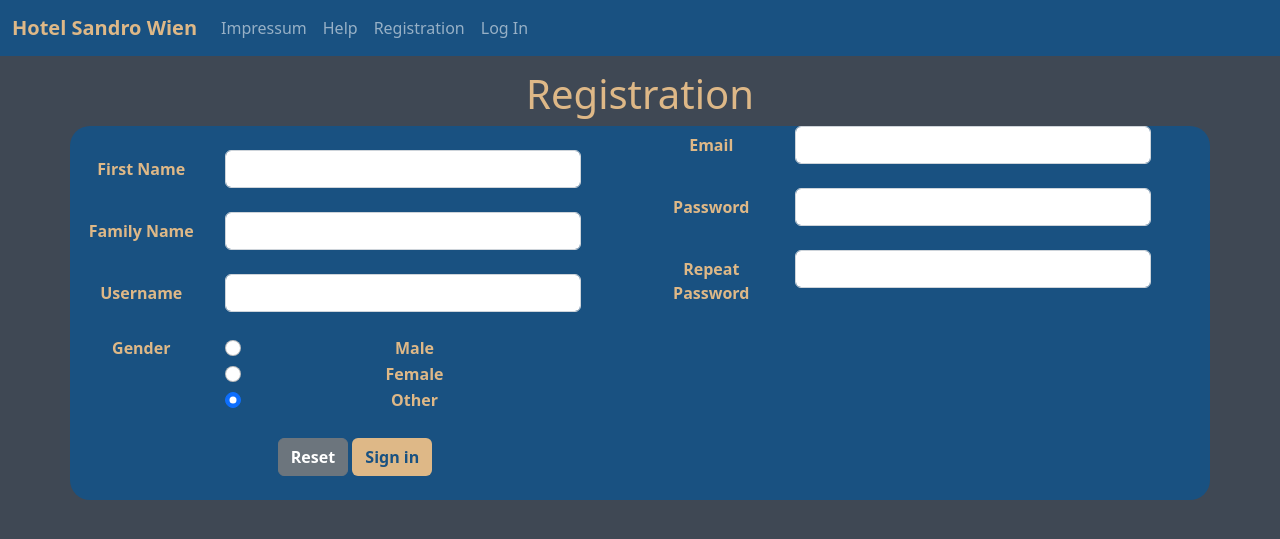
Repository: TIS0N/Hotel_Sandro
Page: http://localhost/pages/registration.php
These files come from the project's save history. The page is drawn as it stood at one moment and after the next save; the edit follows.
The browser window is 1280 px wide. The pictures show the whole page.
The page is run by PHP 8.4 with error messages shown; the project is at /var/www/html/.

Above is the page before, as saved 2022-10-10 17:42:58.

After the next save:
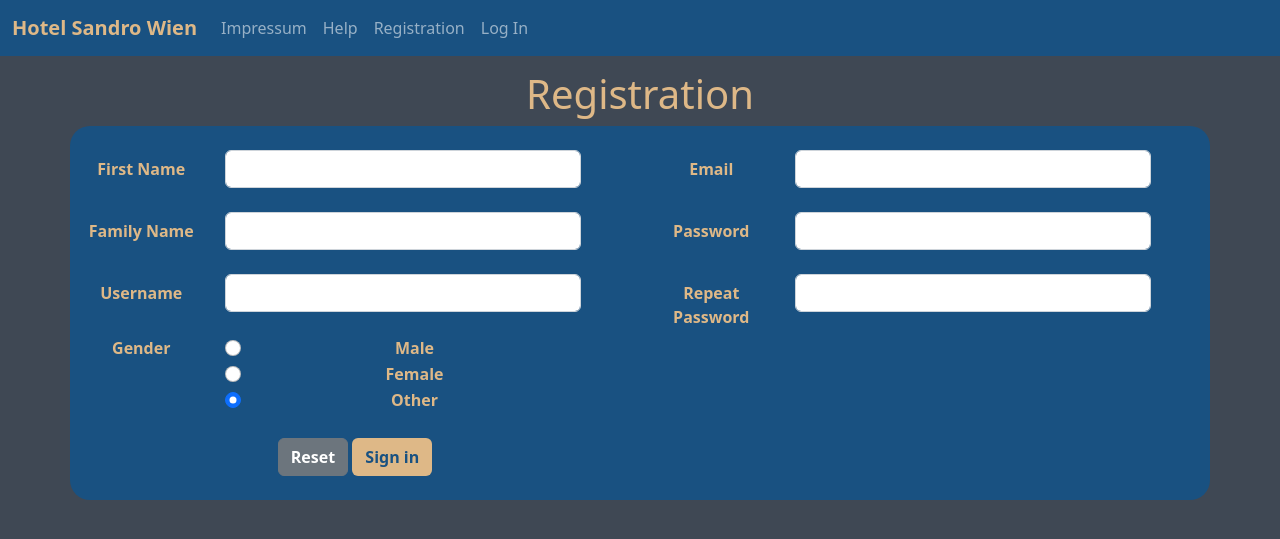
Saved 15 s later.
--- a/pages/registration.php
+++ b/pages/registration.php
@@ -64,7 +64,7 @@ include "../inc/navigation.php";
                 </form>
             </div>
             <div class="col-6">
-                <div class="row mb-4">
+                <br><div class="row mb-4">
                     <label for="email" class="col-sm-3 col-form-label"><strong>Email</strong></label>
                         <div class="col-sm-8">
                             <input type="email" class="form-control" id="email">
